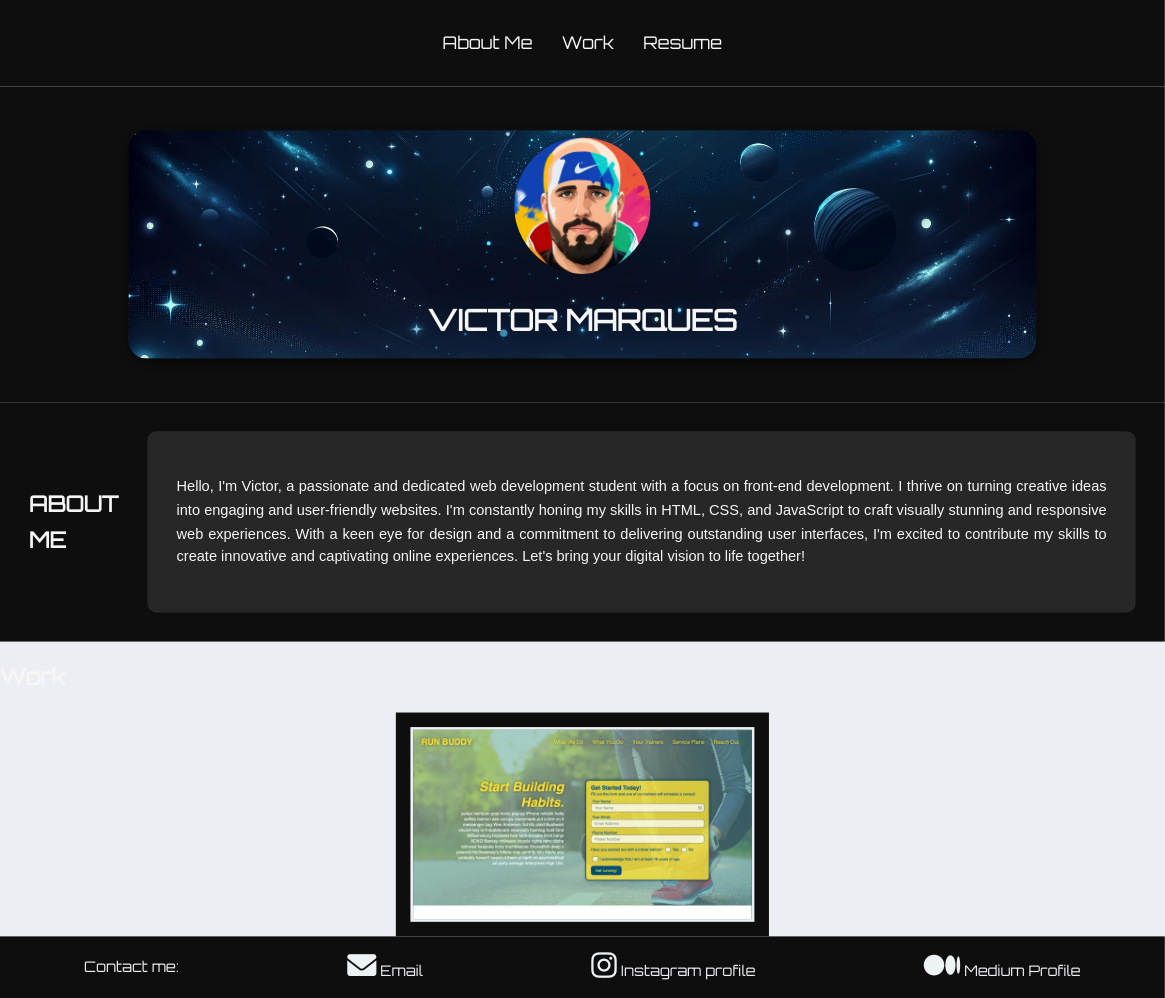
Repository: uvee35/Challenge2-Victor
Page: index.html
These files come from the project's save history. The page is drawn as it stood at one moment and after the next save; the edit follows.
The browser window is 1280 px wide. The pictures show the whole page, at 91% of full size.

Above is the page before, as saved 2023-12-12 20:49:00.

### index.html
<!DOCTYPE html>
<html lang="en-gb">
  <head>
    <meta charset="UTF-8" />
    <meta name="viewport" content="width=device-width, initial-scale=1.0" />
    <meta http-equiv="X-UA-Compatible" content="ie=edge" />
    <title>Victor Marques Portfolio</title>
    <link rel="stylesheet" href="assets/style.css" />
    <link
      href="https://cdnjs.cloudflare.com/ajax/libs/font-awesome/6.0.0-beta3/css/all.min.css"
      rel="stylesheet"
    />
    <link
      href="https://fonts.googleapis.com/css?family=Orbitron&display=swap"
      rel="stylesheet"
    />
  </head>

  <body>
    <header class="header">
      <nav class="header__nav">
        <ul class="nav__list">
          <li class="nav__item">
            <a href="#about-me" class="nav__link">About Me</a>
          </li>
          <li class="nav__item"><a href="#work" class="nav__link">Work</a></li>
          <li class="nav__item">
            <a href="#resume" class="nav__link">Resume</a>
          </li>
        </ul>
      </nav>
    </header>

    <section class="hero-banner">
      <div class="hero-banner__content">
        <img src="..///assets/victor.JPG" alt="Victor" class="about__image" />
        <h1>VICTOR MARQUES</h1>
      </div>
    </section>

    <main class="page-wrapper">
      <section id="about-me"></section>
      <section class="about-section">
        <h2 class="about-title">ABOUT ME</h2>
        <div class="about-box">
          <p class="about-me-text">
            Hello, I'm Victor, a passionate and dedicated web development
            student with a focus on front-end development. I thrive on turning
            creative ideas into engaging and user-friendly websites. I'm
            constantly honing my skills in HTML, CSS, and JavaScript to craft
            visually stunning and responsive web experiences. With a keen eye
            for design and a commitment to delivering outstanding user
            interfaces, I'm excited to contribute my skills to create innovative
            and captivating online experiences. Let's bring your digital vision
            to life together!
          </p>
        </div>
      </section>

      <section class="page-section" id="work">
        <h2>Work</h2>
        <div class="work__projects">
          <!-- Link wrapping the image -->
          <a href="your-destination-url" class="project project--featured">
            <img
              src="./assets/02-run-buddy.jpg"
              alt="Project Description"
              class="work__image"
            />
          </a>
          <!-- Repeat for other projects as necessary -->
        </div>
      </section>
    </main>

    <footer class="footer">
      <div class="footer__contact-info">
        <span class="footer__contact-header">Contact me: </span>
        <a href="mailto:victormarquesrina@hotmail.com" class="contact-link">
          <i class="fas fa-envelope social-icon"></i>
          <span>Email</span>
        </a>
        <a href="https://www.instagram.com/Uvee35" class="contact-link">
          <i class="fab fa-instagram social-icon"></i>
          <span>Instagram profile</span>
        </a>
        <a href="https://medium.com/@victor5.vm58" class="contact-link">
          <i class="fab fa-medium social-icon"></i>
          <span>Medium Profile</span>
        </a>
      </div>
    </footer>
  </body>
</html>

### assets/style.css
:root {
  --primary-color: #edeef3;
  --secondary-color: #0e0e0e;
  --accent-color: #edf2f4;
  --font-color: #f6f6f6;
  --font-family: 'Orbitron', sans-serif;
}

*,
*::before,
*::after {
  box-sizing: border-box;
}

body {
  font-family: var(--font-family);
  color: var(--font-color);
  background-color: var(--primary-color);
  line-height: 1.6;
  margin: 0;
  padding: 0;
  display: flex;
  flex-direction: column;
  min-height: 100vh;
}

.project {
  overflow: hidden;
}

.project:hover .work__image {
  transform: scale(1.05);
  transition: transform 0.3s ease;
}

.work__image {
  display: block;
  width: 100%;
  max-width: 300px;
  min-width: 100px;
  height: auto;
  transition: transform 0.3s ease;
  margin: 0 auto;
}

.header {
  display: flex;
  justify-content: center;
  align-items: center;
  padding: 1rem;
  background-color: #0e0e0e;
}

.nav__list {
  display: flex;
  justify-content: center;
  align-items: center;
  list-style: none;
  padding: 0;
}

.nav__item {
  margin: 0 1rem;
}

.nav__link {
  color: var(--font-color);
  text-decoration: none;
  font-size: 1.2rem;
}

.hero-banner {
  padding: 1rem;
  text-align: center;
  background-color: #0e0e0e;
}

.hero-banner__content {
  max-width: 600px;
  margin: auto;
  background-image: url('../assets/background.png');
  background-size: cover;
  background-position: center;
  padding: 0.5rem 0;
  text-align: center;
  display: flex;
  flex-direction: column;
  align-items: center;
  justify-content: center;
  border-radius: 20px;
  margin: 2rem;
  box-shadow: 0 4px 8px rgba(0, 0, 0, 0.5);
  width: 80%;
  max-width: 1200px;
  margin-left: auto;
  margin-right: auto;
}

.hero-banner h1 {
  font-size: 2rem;
  margin-bottom: 0.5rem;
}

.about__image {
  width: 150px;
  height: 150px;
  border-radius: 50%;
  object-fit: cover;
}

.about-section {
  background-color: var(--secondary-color);
  padding: 2rem;
  display: flex;
  justify-content: space-between;
  align-items: center;
}

.about-title {
  color: var(--font-color);
  font-size: 1.5rem;
  margin-right: 2rem;
}

.about-box {
  flex-grow: 1;
  background: rgba(255, 255, 255, 0.1);
  padding: 2rem;
  border-radius: 10px;
  color: var(--font-color);
  font-size: 1rem;
  text-align: justify;
  font-family: Arial, Helvetica, sans-serif;
}

.work__projects {
  display: flex;
  flex-wrap: wrap;
  gap: 1rem;
  justify-content: center;
}

.project {
  background-color: var(--secondary-color);
  padding: 1rem;
  width: calc(33.333% - 1rem);
  margin-bottom: 1rem;
}

.project--featured {
  max-width: 500px;
  margin: auto;
}

.project img {
  max-width: 100%;
  height: auto;
  border: 3px solid var(--accent-color);
}

.footer {
  background-color: var(--secondary-color);
  color: var(--primary-color);
  text-align: center;
  padding: 1rem 0;
  display: flex;
  justify-content: space-around;
  align-items: center;
  margin-top: auto;
}

.footer a {
  color: var(--primary-color);
  text-decoration: none;
}

.footer__contact-info {
  display: flex;
  justify-content: space-around;
  align-items: center;
  width: 100%;
}

.social-icon {
  font-size: 2rem;
  color: var(--accent-color);
}

/* Responsive adjustments for tablet devices */
@media (max-width: 768px) {
  .work__image {
    max-width: 150px;
  }

  .project {
    width: calc(50% - 1rem);
  }

  .project--featured {
    width: calc(66.666% - 1rem);
  }

  .about-box {
    width: 90%;
    padding: 1rem;
  }

  .footer__contact-info {
    flex-direction: column;
    gap: 1rem;
  }

  .social-icon {
    font-size: 2.5rem;
  }
}

/* Responsive adjustments for mobile devices */
@media (max-width: 480px) {
  .work__image {
    max-width: 100px;
  }

  .nav__list {
    flex-direction: column;
    align-items: center;
  }

  .nav__item {
    margin-bottom: 0.5rem;
  }

  .project,
  .project--featured {
    width: 100%;
  }

  .about-section {
    flex-direction: column;
    text-align: center;
  }

  .hero-banner__content {
    background-image: url('../assets/background.png');
  }

  .about-title {
    margin: 0 0 1rem 0;
  }

  .about-box {
    padding: 1rem;
  }

  .footer__contact-info {
    flex-direction: column;
    gap: 1rem;
  }

  .social-icon {
    font-size: 2.5rem;
  }
}

After the next save:
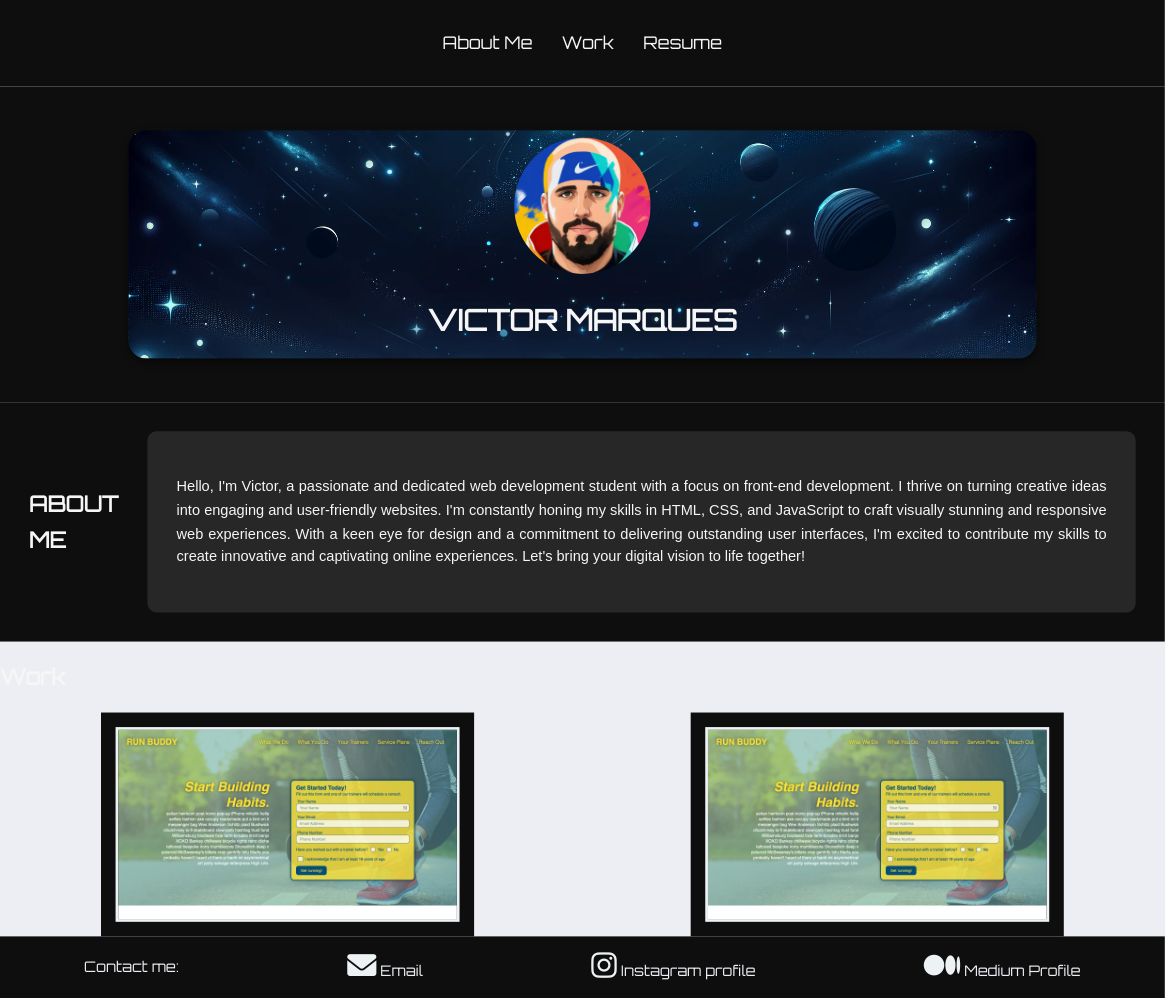
Saved 2 min 40 s later.
--- a/index.html
+++ b/index.html
@@ -68,7 +68,13 @@
               class="work__image"
             />
           </a>
-          <!-- Repeat for other projects as necessary -->
+          <a href="your-destination-url" class="project project--featured">
+            <img
+              src="./assets/02-run-buddy.jpg"
+              alt="Project Description"
+              class="work__image"
+            />
+          </a>
         </div>
       </section>
     </main>
